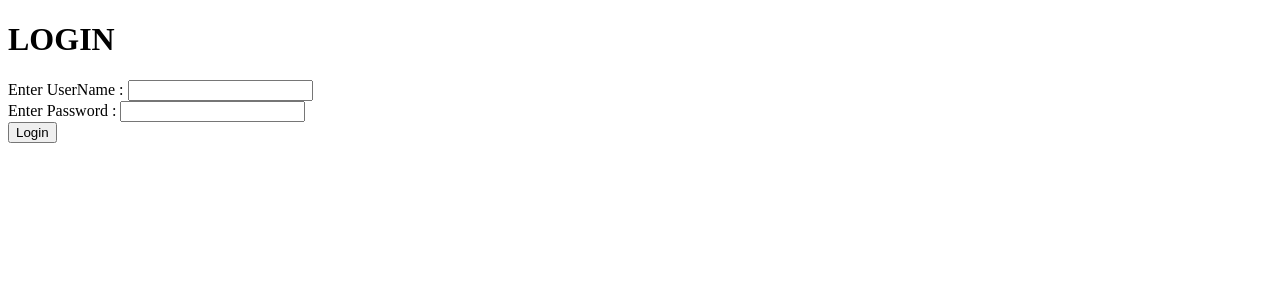
Repository: Kakarla-Manoj-Kumar/Login-Page
Page: http://localhost/Login/Login.jsp
An editor plug-in stored every save of this project. The page is shown before and after the next save, followed by the edit.
The browser window is 1280 px wide. The pictures show the whole page.
The page is served by Tomcat 10.

Above is the page before, as saved 2024-03-22 18:21:25.

After the next save:
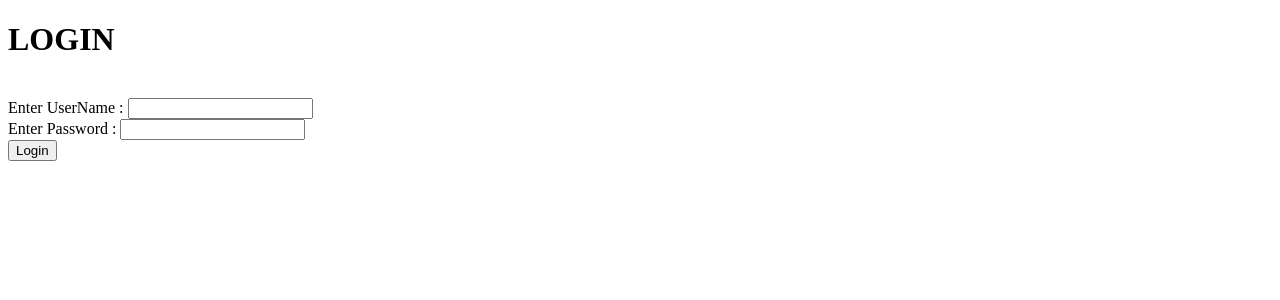
Saved 7 s later.
--- a/Login/src/main/webapp/Login.jsp
+++ b/Login/src/main/webapp/Login.jsp
@@ -7,7 +7,7 @@
 <title>Insert title here</title>
 </head>
 <body>
-<h1>LOGIN</h1>
+<h1>LOGIN</h1><br>
 <form action="login" method="post">
 Enter UserName : <input type="text" name="username" ><br>
 Enter Password : <input type="password" name="pass" ><br>
